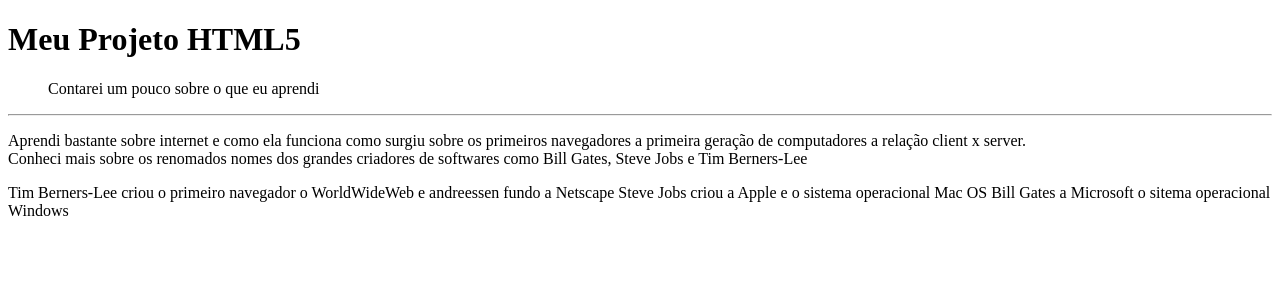
Repository: gustavotwist/meu-html
Page: index.html
These files come from the project's save history. The page is drawn as it stood at one moment and after the next save; the edit follows.
The browser window is 1280 px wide. The pictures show the whole page.

Above is the page before, as saved 2024-04-24 22:10:38.

After the next save:
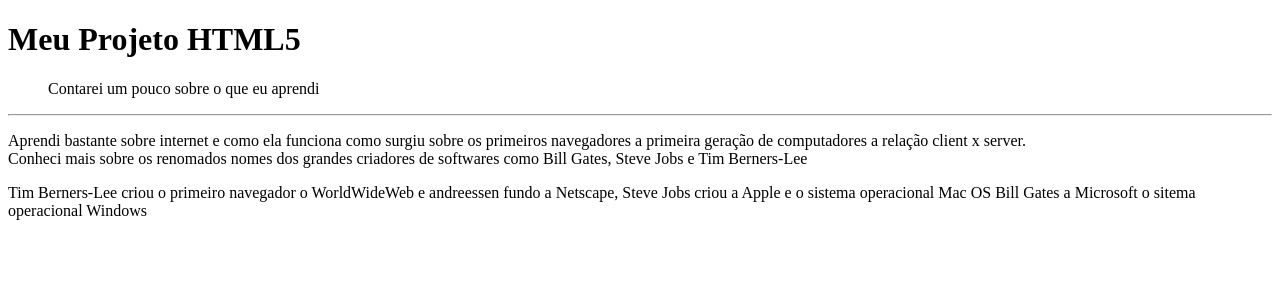
Saved 10 s later.
--- a/index.html
+++ b/index.html
@@ -10,7 +10,7 @@
     <blockquote>Contarei um pouco sobre o que eu aprendi</blockquote><hr>
 
     <p>Aprendi bastante sobre internet e como ela funciona como surgiu sobre os primeiros navegadores a primeira geração de computadores a relação client x server. <br> Conheci mais sobre os renomados nomes dos grandes criadores de softwares como Bill Gates, Steve Jobs e Tim Berners-Lee </p>
-    <p>Tim Berners-Lee criou o primeiro navegador o WorldWideWeb e andreessen fundo a Netscape Steve Jobs criou a Apple e o sistema operacional Mac OS Bill Gates a Microsoft o sitema operacional Windows</p>
+    <p>Tim Berners-Lee criou o primeiro navegador o WorldWideWeb e andreessen fundo a Netscape, Steve Jobs criou a Apple e o sistema operacional Mac OS Bill Gates a Microsoft o sitema operacional Windows</p>
 
 
 </body>
